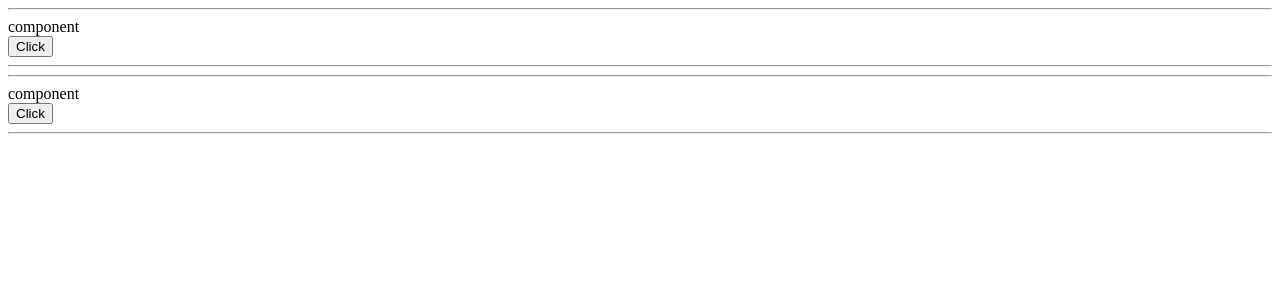
Repository: RyuGeunHwan/code_J
Page: Vuejs/22-08-10 vuejs Vue컴포넌트.html
These files come from the project's save history. The page is drawn as it stood at one moment and after the next save; the edit follows.
The browser window is 1280 px wide. The pictures show the whole page.

Above is the page before, as saved 2022-08-10 13:42:12.

After the next save:
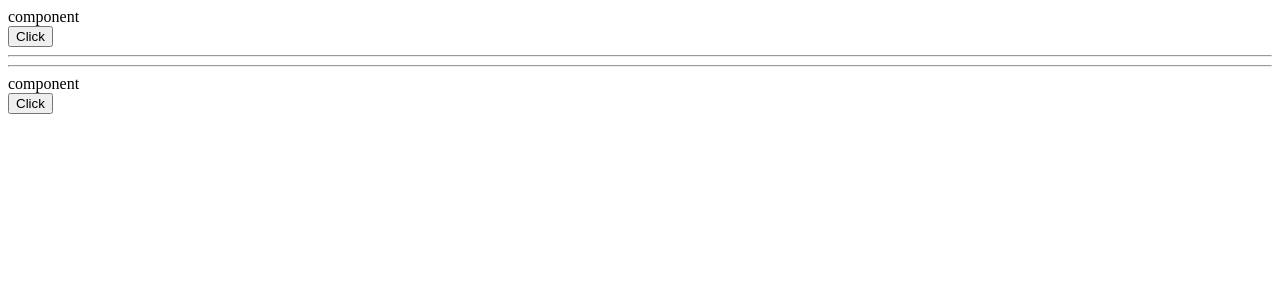
Saved 60 s later.
--- a/Vuejs/22-08-10 vuejs Vue컴포넌트.html
+++ b/Vuejs/22-08-10 vuejs Vue컴포넌트.html
@@ -12,20 +12,14 @@
         <!-- {{name}} <br>
          button을 누르게 되면 #app-1의 name인 app-1이 app updated로 바뀌게된다. Vue인스턴스를 변수에 넣어서 사용하였기 때문에.
         <button @click="changeText">Click</button> -->
-
-        <hr>
         <!-- component의 사용은 설정해주었던 이름을 태그로 사용해주면 된다. -->
         <kossie-button></kossie-button>
     </div>
-    <hr>
+    <hr><hr>
     <div id="app-1">
         <!-- {{name}} <br>
         <button @click="changeText">Click</button> -->
-
-        <hr>
-
         <kossie-button></kossie-button>
-        <hr>
     </div>
     </div>
     <script>
